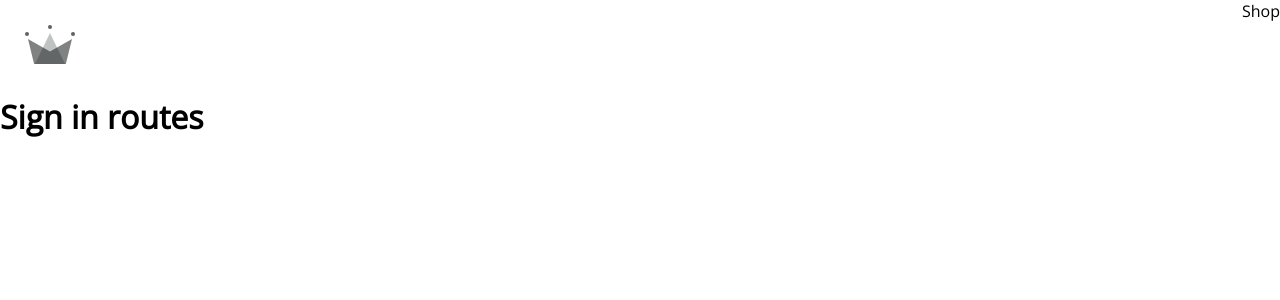
Repository: Jeeazy971/crwn-clothing
Page: /signIn
The author's editor kept a copy of each file at every save. The page is drawn from the files as they stood at one save, then again after the next save.
The browser window is 1280 px wide. The pictures show the whole page.
The project was rebuilt for these pictures with package versions that can differ from the ones it lists, and the page was loaded fresh each time. Also part of the build but not shown: src/components/directory/directory.styles.scss, src/components/category-item/category-item.styles.scss, src/components/category-item/category-item.component.jsx, src/components/directory/directory.component.jsx, src/routes/home/home.component.jsx.

Above is the page before, as saved 2022-05-19 16:34:39.

### public/index.html
<!DOCTYPE html>
<html lang="en">
    <head>
        <meta charset="utf-8" />
        <link rel="icon" href="%PUBLIC_URL%/favicon.ico" />
        <meta name="viewport" content="width=device-width, initial-scale=1" />
        <meta name="theme-color" content="#000000" />
        <meta name="description" content="Web site created using create-react-app" />
        <link rel="apple-touch-icon" href="%PUBLIC_URL%/logo192.png" />
        <!--
      manifest.json provides metadata used when your web app is installed on a
      user's mobile device or desktop. See https://developers.google.com/web/fundamentals/web-app-manifest/
    -->
        <link rel="manifest" href="%PUBLIC_URL%/manifest.json" />
        <link rel="preconnect" href="https://fonts.googleapis.com" />
        <link rel="preconnect" href="https://fonts.gstatic.com" crossorigin />
        <link
            href="https://fonts.googleapis.com/css2?family=Open+Sans&display=swap"
            rel="stylesheet"
        />

        <title>React App</title>
    </head>
    <body>
        <noscript>You need to enable JavaScript to run this app.</noscript>
        <div id="root"></div>
        <!--
      This HTML file is a template.
      If you open it directly in the browser, you will see an empty page.

      You can add webfonts, meta tags, or analytics to this file.
      The build step will place the bundled scripts into the <body> tag.

      To begin the development, run `npm start` or `yarn start`.
      To create a production bundle, use `npm run build` or `yarn build`.
    --></body>
</html>

### src/index.scss
body {
    margin: 0;
    font-family: 'Open Sans', cursive, sans-serif;
    -webkit-font-smoothing: antialiased;
    -moz-osx-font-smoothing: grayscale;
}

code {
    font-family: source-code-pro, Menlo, Monaco, Consolas, 'Courier New', monospace;
}

a {
    text-decoration: none;
    color: black;
}

* {
    box-sizing: border-box;
}

### src/App.js
import { Route, Routes } from 'react-router-dom';
import Home from './routes/home/home.component';
import Navigation from './navigation/navigation.component';
import SignIn from './routes/sign-in/sign-in.component';

const App = () => {
    return (
        <Routes>
            <Route path="/" element={<Navigation />}>
                <Route index element={<Home />} />
                <Route path="signIn" element={<SignIn />} />
            </Route>
        </Routes>
    );
};
export default App;

### src/navigation/navigation.component.jsx
import { Fragment } from 'react';
import { Outlet, Link } from 'react-router-dom';

import { ReactComponent as CrwnLogo } from '../assets/crown.svg';

import './navigation.styles.scss';

const Navigation = () => {
    return (
        <Fragment>
            <div className="navigation">
                <Link className="logo-container" to="/">
                    <CrwnLogo className="logo" />
                </Link>
                <div className="links-container">
                    <Link className="nav-link" to="/shop">
                        Shop
                    </Link>
                </div>
            </div>
            <Outlet />
        </Fragment>
    );
};

export default Navigation;

### src/routes/sign-in/sign-in.component.jsx
const SignIn = () => {
    return (
        <div>
            <h1>Sign in routes</h1>
        </div>
    );
};

export default SignIn;

### src/navigation/navigation.styles.scss
.navigation {
    height: 70px;
    width: 100%;
    display: flex;
    justify-content: space-between;
    margin-bottom: 25px;

    .logo-container {
        height: 100%;
        width: 70px;
        padding: 25px;
    }

    .nav-links-container {
        width: 50%;
        height: 100%;
        display: flex;
        align-items: center;
        justify-content: flex-end;

        .nav-link {
            padding: 10px 15px;
            cursor: pointer;
        }
    }
}

Loaded but not shown: src/index.js (common file); src/reportWebVitals.js (common file)

After the next save:
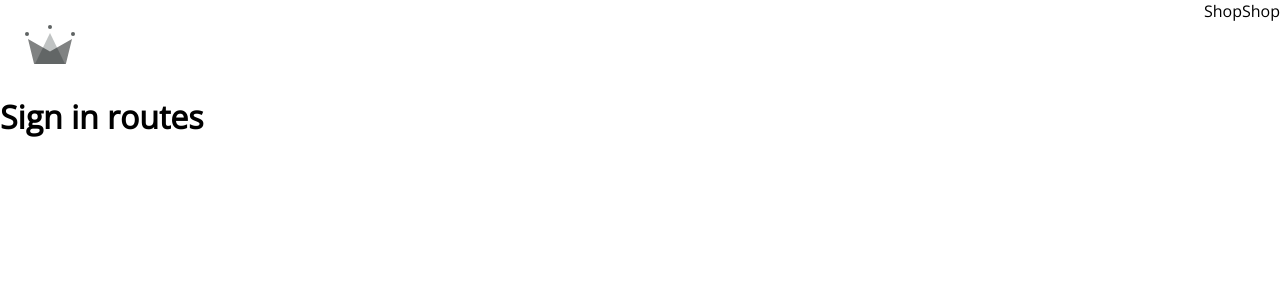
Saved 61 s later.
--- a/src/navigation/navigation.component.jsx
+++ b/src/navigation/navigation.component.jsx
@@ -16,6 +16,9 @@
                     <Link className="nav-link" to="/shop">
                         Shop
                     </Link>
+                    <Link className="nav-link" to="/shop">
+                        Shop
+                    </Link>
                 </div>
             </div>
             <Outlet />
